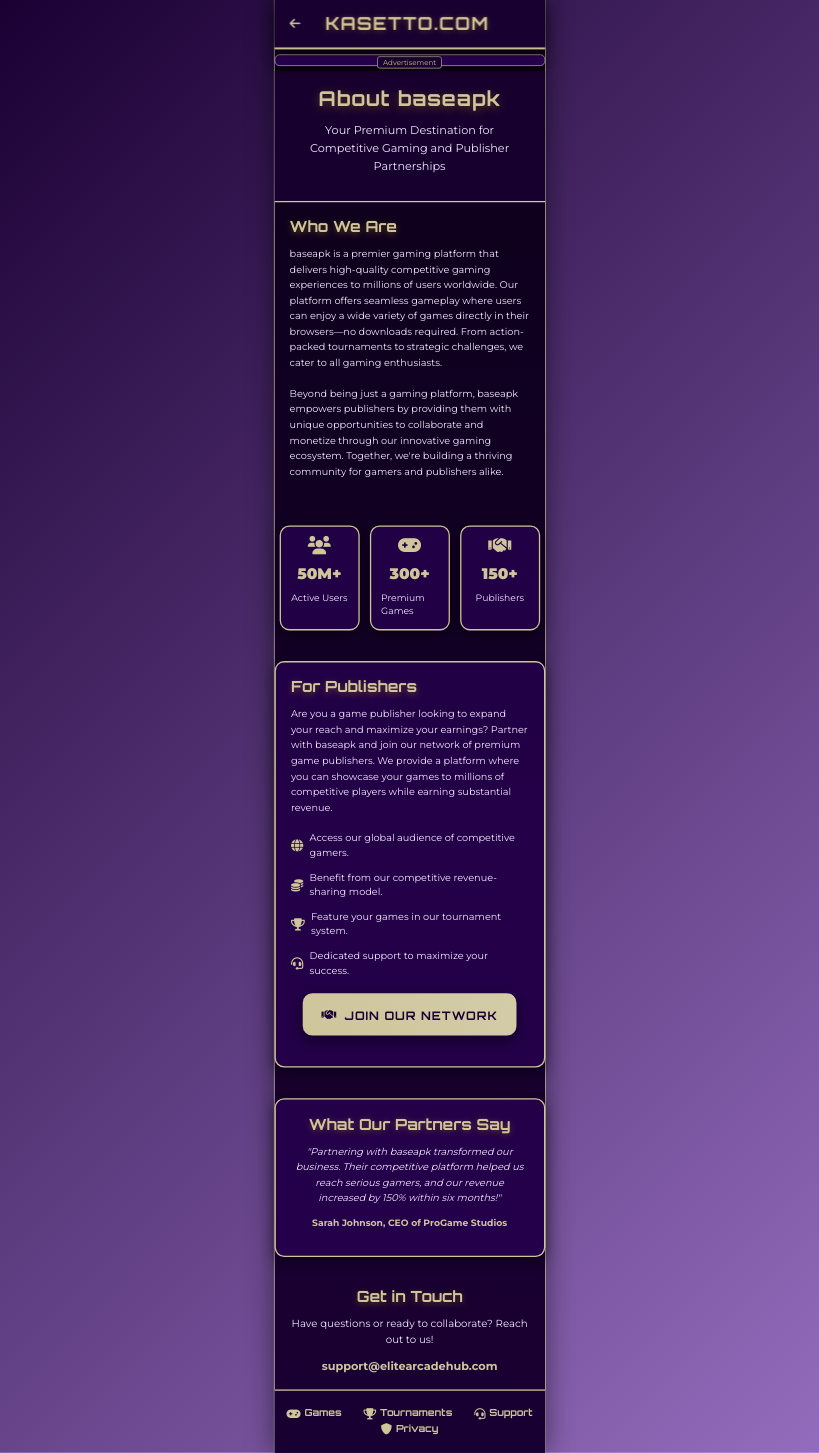
Repository: meenadabhii/kasetto.com
Page: game3265/about.html
The author's editor kept a copy of each file at every save. The page is drawn from the files as they stood at one save, then again after the next save.
The browser window is 1280 px wide. The pictures show the whole page, at 64% of full size.

Above is the page before, as saved 2025-05-15 14:54:17.

After the next save:
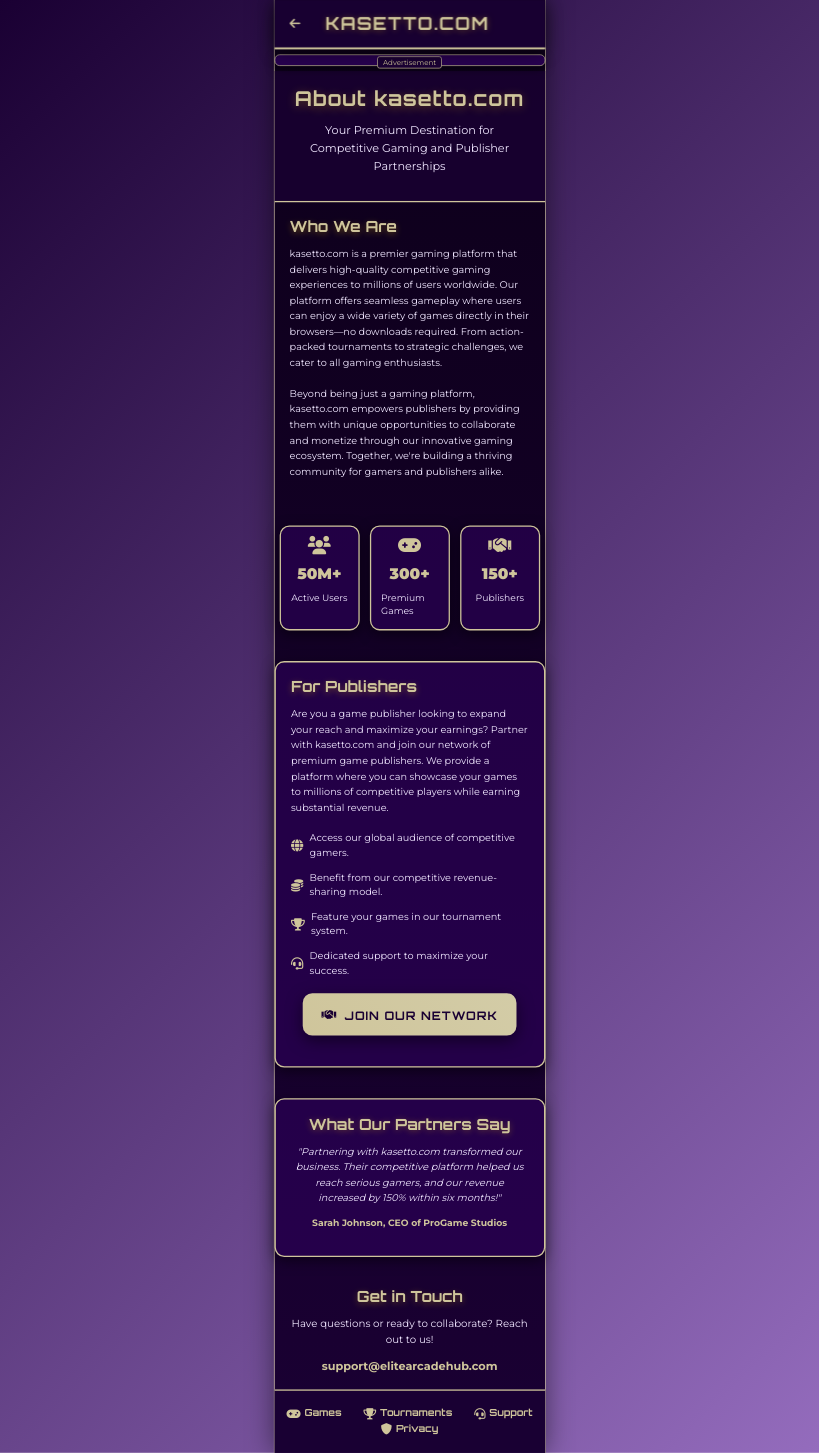
Saved 13 s later.
--- a/game3265/about.html
+++ b/game3265/about.html
@@ -432,21 +432,21 @@
 
     <!-- Hero Section -->
     <div class="about-hero">
-      <h1 class="hero-title">About baseapk</h1>
+      <h1 class="hero-title">About kasetto.com</h1>
       <p class="hero-tagline">Your Premium Destination for Competitive Gaming and Publisher Partnerships</p>
     </div>
 
-    <!-- About baseapk Section -->
+    <!-- About kasetto.com Section -->
     <div class="about-section">
       <h2 class="section-title">Who We Are</h2>
       <p class="section-text">
-        baseapk is a premier gaming platform that delivers high-quality competitive gaming experiences to millions of
+        kasetto.com is a premier gaming platform that delivers high-quality competitive gaming experiences to millions of
         users worldwide. Our platform offers seamless gameplay where users can enjoy a wide variety of games directly in
         their browsers—no downloads required. From action-packed tournaments to strategic challenges, we cater to all
         gaming enthusiasts.
       </p>
       <p class="section-text">
-        Beyond being just a gaming platform, baseapk empowers publishers by providing them with unique opportunities to
+        Beyond being just a gaming platform, kasetto.com empowers publishers by providing them with unique opportunities to
         collaborate and monetize through our innovative gaming ecosystem. Together, we're building a thriving community
         for gamers and publishers alike.
       </p>
@@ -475,7 +475,7 @@
     <div class="publisher-benefits">
       <h2 class="section-title">For Publishers</h2>
       <p class="section-text">
-        Are you a game publisher looking to expand your reach and maximize your earnings? Partner with baseapk and join
+        Are you a game publisher looking to expand your reach and maximize your earnings? Partner with kasetto.com and join
         our network of premium game publishers. We provide a platform where you can showcase your games to millions of
         competitive players while earning substantial revenue.
       </p>
@@ -504,7 +504,7 @@
     <div class="testimonial-section">
       <h2 class="section-title">What Our Partners Say</h2>
       <p class="testimonial-text">
-        "Partnering with baseapk transformed our business. Their competitive platform helped us reach serious gamers,
+        "Partnering with kasetto.com transformed our business. Their competitive platform helped us reach serious gamers,
         and our revenue increased by 150% within six months!"
       </p>
       <p class="testimonial-author">Sarah Johnson, CEO of ProGame Studios</p>
